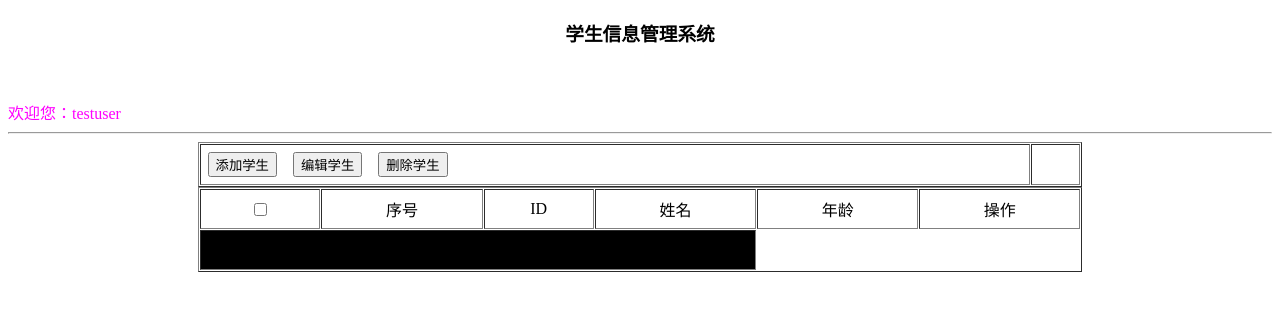
Repository: DataBoxWx/mvc_servlet_3
Page: http://localhost/jsp_1_homework/studentlist.do
These files come from the project's save history. The page is drawn as it stood at one moment and after the next save; the edit follows.
The browser window is 1280 px wide. The pictures show the whole page.
The page is served by Tomcat 9. The session is filled in as if someone had signed in: {"username": "testuser"}. Queries for data that is not in the repository find no rows.

Above is the page before, as saved 2018-05-04 12:32:34.

After the next save:
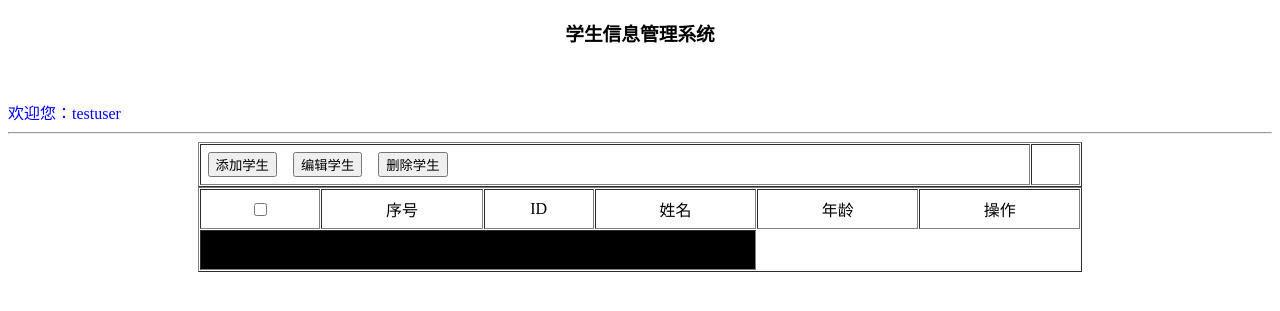
Saved 14 s later.
--- a/jsp_1_homework/WebContent/jsp/studentlist.jsp
+++ b/jsp_1_homework/WebContent/jsp/studentlist.jsp
@@ -84,7 +84,7 @@
 </head>
 <body>
 	<h3 style="text-align:center">学生信息管理系统</h3><br/><br/>
-	<div style="color: fuchsia">欢迎您：${username}</div><hr>
+	<div style="color: blue">欢迎您：${username}</div><hr>
 	<table border="1"  align="center" width=70% cellpadding="7" cellspacing="1">
 		<tr>
 			<td style="text-align:left">
